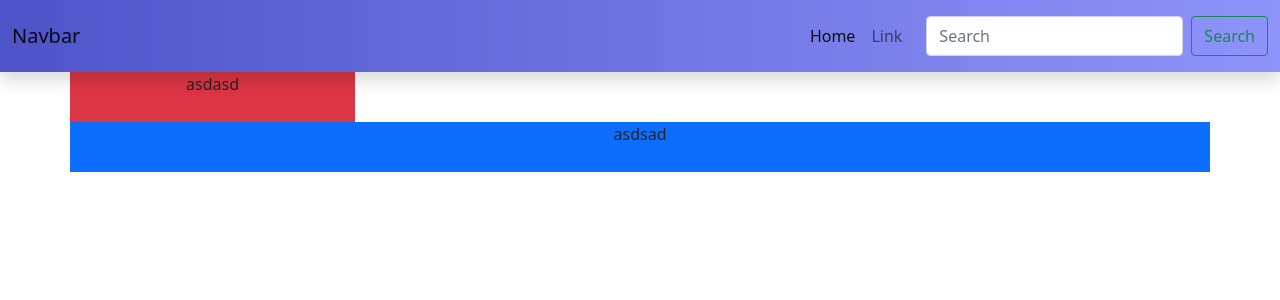
Repository: ttranhhoang/layoutBS
Page: index.html
The author's editor kept a copy of each file at every save. The page is drawn from the files as they stood at one save, then again after the next save.
The browser window is 1280 px wide. The pictures show the whole page.

Above is the page before, as saved 2022-04-23 17:35:07.

After the next save:
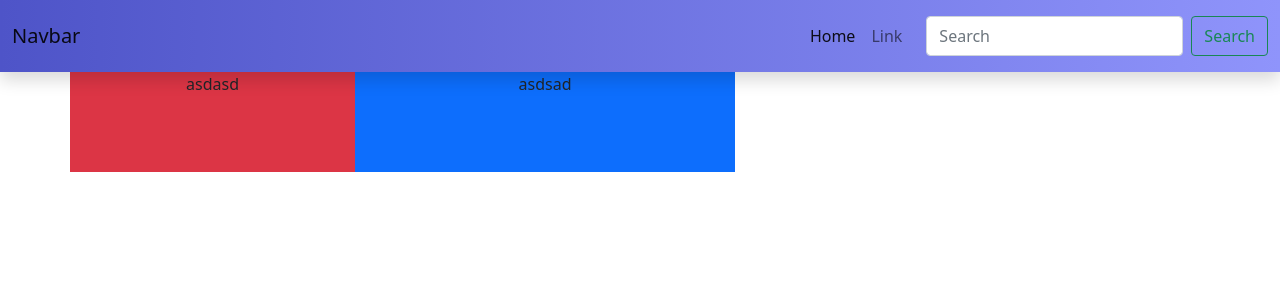
Saved 1 s later.
--- a/index.html
+++ b/index.html
@@ -79,7 +79,7 @@
       <div class="container">
         <div class="row">
           <div class="col-md-3 text-center bg-danger">asdasd</div>
-          <div class="col-md- text-center bg-primary">asdsad</div>
+          <div class="col-md-4 text-center bg-primary">asdsad</div>
         </div>
       </div>
     </section>
